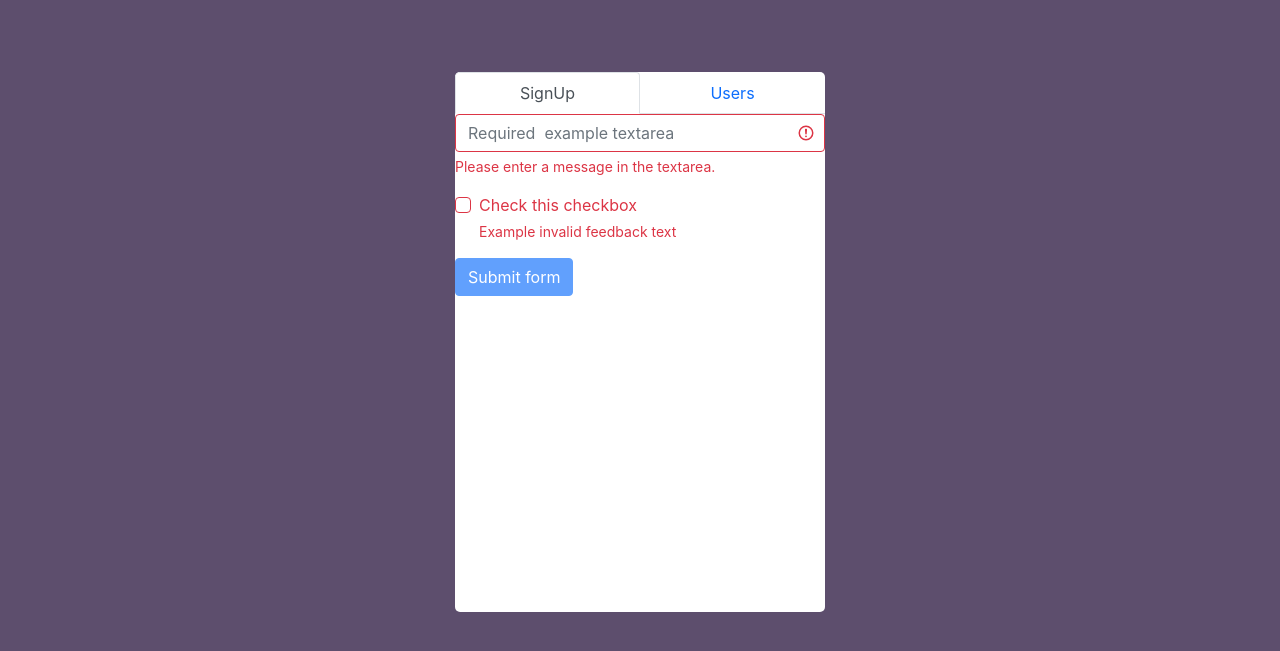
Repository: asadalibest1/SignUp-from
Page: /
An editor plug-in stored every save of this project. The page is shown before and after the next save, followed by the edit.
The browser window is 1280 px wide. The pictures show the whole page.
The project was rebuilt for these pictures with package versions that can differ from the ones it lists, and the page was loaded fresh each time. Also part of the build but not shown: src/components/SignUp/SignUp.css, src/components/Users/Users.css.

Above is the page before, as saved 2021-02-06 22:00:42.

### public/index.html
<!DOCTYPE html>
<html lang="en">
  <head>
    <meta charset="utf-8" />
    <link rel="icon" href="%PUBLIC_URL%/favicon.png" />
    <meta name="viewport" content="width=device-width, initial-scale=1" />
    <meta name="theme-color" content="#000000" />
    <meta
      name="description"
      content="Web site created using create-react-app"
    />
    <link rel="apple-touch-icon" href="%PUBLIC_URL%/logo192.png" />
    <!--
      manifest.json provides metadata used when your web app is installed on a
      user's mobile device or desktop. See https://developers.google.com/web/fundamentals/web-app-manifest/
    -->
    <link rel="manifest" href="%PUBLIC_URL%/manifest.json" />
    <!--
      Notice the use of %PUBLIC_URL% in the tags above.
      It will be replaced with the URL of the `public` folder during the build.
      Only files inside the `public` folder can be referenced from the HTML.

      Unlike "/favicon.ico" or "favicon.ico", "%PUBLIC_URL%/favicon.ico" will
      work correctly both with client-side routing and a non-root public URL.
      Learn how to configure a non-root public URL by running `npm run build`.
    -->
    <!-- Bootstrap -->
    <link href="https://cdn.jsdelivr.net/npm/bootstrap@5.0.0-beta1/dist/css/bootstrap.min.css" rel="stylesheet" integrity="sha384-giJF6kkoqNQ00vy+HMDP7azOuL0xtbfIcaT9wjKHr8RbDVddVHyTfAAsrekwKmP1" crossorigin="anonymous">
    <title>Sign Up</title>
  </head>
  <body>
    <noscript>You need to enable JavaScript to run this app.</noscript>
    <div id="root"></div>
    <!--
      This HTML file is a template.
      If you open it directly in the browser, you will see an empty page.

      You can add webfonts, meta tags, or analytics to this file.
      The build step will place the bundled scripts into the <body> tag.

      To begin the development, run `npm start` or `yarn start`.
      To create a production bundle, use `npm run build` or `yarn build`.
    -->
    <script src="https://cdn.jsdelivr.net/npm/bootstrap@5.0.0-beta1/dist/js/bootstrap.bundle.min.js" integrity="sha384-ygbV9kiqUc6oa4msXn9868pTtWMgiQaeYH7/t7LECLbyPA2x65Kgf80OJFdroafW" crossorigin="anonymous"></script>
  </body>
</html>

### src/index.css
body {
  margin: 0;
  font-family: -apple-system, BlinkMacSystemFont, 'Segoe UI', 'Roboto', 'Oxygen',
    'Ubuntu', 'Cantarell', 'Fira Sans', 'Droid Sans', 'Helvetica Neue',
    sans-serif;
  -webkit-font-smoothing: antialiased;
  -moz-osx-font-smoothing: grayscale;
  background-color: #5D4E6D;
}

code {
  font-family: source-code-pro, Menlo, Monaco, Consolas, 'Courier New',
    monospace;
}

### src/App.js
import React from 'react'
import App1 from "./components/App1/App1"

export default function App() {
  return (
    <div>
      <App1 />
    </div>
  )
}

### src/components/App1/App1.js
import React from 'react'
import Tabs from '../Tabs/Tabs'

export default function App1() {
    return (
        <div>
            <Tabs />
        </div>
    )
}

### src/features/counter/counterSlice.js
import { createSlice } from '@reduxjs/toolkit';

export const counterSlice = createSlice({
  name: 'counter',
  initialState: {
    value: 0,
  },
  reducers: {
    increment: state => {
      // Redux Toolkit allows us to write "mutating" logic in reducers. It
      // doesn't actually mutate the state because it uses the Immer library,
      // which detects changes to a "draft state" and produces a brand new
      // immutable state based off those changes
      state.value += 1;
    },
    decrement: state => {
      state.value -= 1;
    },
    incrementByAmount: (state, action) => {
      state.value += action.payload;
    },
  },
});

export const { increment, decrement, incrementByAmount } = counterSlice.actions;

// The function below is called a thunk and allows us to perform async logic. It
// can be dispatched like a regular action: `dispatch(incrementAsync(10))`. This
// will call the thunk with the `dispatch` function as the first argument. Async
// code can then be executed and other actions can be dispatched
export const incrementAsync = amount => dispatch => {
  setTimeout(() => {
    dispatch(incrementByAmount(amount));
  }, 1000);
};

// The function below is called a selector and allows us to select a value from
// the state. Selectors can also be defined inline where they're used instead of
// in the slice file. For example: `useSelector((state) => state.counter.value)`
export const selectCount = state => state.counter.value;

export default counterSlice.reducer;

### src/components/Tabs/Tabs.js
import React from 'react'
import SignUp from "../SignUp/SignUp"
import Users from "../Users/Users"
import "./Tabs.css"

export default function Tabs() {
    return (
        <div className="tabs-main">
            <div className="tabs">

                <ul className="nav nav-tabs" id="myTab" role="tablist">
                    <li className="nav-item text-center w-50" role="presentation">
                        <a className="nav-link active" id="signUp-tab" data-bs-toggle="tab" href="#signUp" role="tab" aria-controls="signUp" aria-selected="true">SignUp</a>
                    </li>
                    <li className="nav-item text-center w-50" role="presentation">
                        <a className="nav-link" id="users-tab" data-bs-toggle="tab" href="#users" role="tab" aria-controls="users" aria-selected="false">Users</a>
                    </li>
                </ul>
                <div className="tab-content" id="myTabContent">
                    <div className="tab-pane fade show active" id="signUp" role="tabpanel" aria-labelledby="signUp-tab">
                        <SignUp />
                    </div>
                    <div className="tab-pane fade" id="users" role="tabpanel" aria-labelledby="users-tab">

                        <Users />
                    </div>
                </div>


            </div>
        </div>
    )
}

### src/components/SignUp/SignUp.js
import React from 'react'
import "./SignUp.css"

export default function SignUp() {
    return (
        <div>

<form className="was-validated">

  <div className="mb-3">
    <input type="name" className="form-control" id="validationTextarea" placeholder="Required  example textarea" required />
    <div className="invalid-feedback">
      Please enter a message in the textarea.
    </div>
  </div>


  <div className="form-check mb-3">
    <input type="checkbox" className="form-check-input" id="validationFormCheck1" required />
    <label className="form-check-label" for="validationFormCheck1">Check this checkbox</label>
    <div className="invalid-feedback">Example invalid feedback text</div>
  </div>


  <div className="mb-3">
    <button className="btn btn-primary" type="submit" disabled>Submit form</button>
  </div>
</form>
        </div>
    )
}

### src/components/Users/Users.js
import React from 'react'
import "./Users.css"

export default function Users() {
    return (
        <div>
    Users
        </div>
    )
}

### src/components/Tabs/Tabs.css
.tabs{
    width: 370px;
    height: 75vh;
    background-color: white;
    margin: auto auto;
    margin-top: 10vh;
    border-radius: 5px;
    overflow: hidden;
}

Loaded but not shown: src/index.js (common file); src/app/store.js (common file); src/serviceWorker.js (common file)

After the next save:
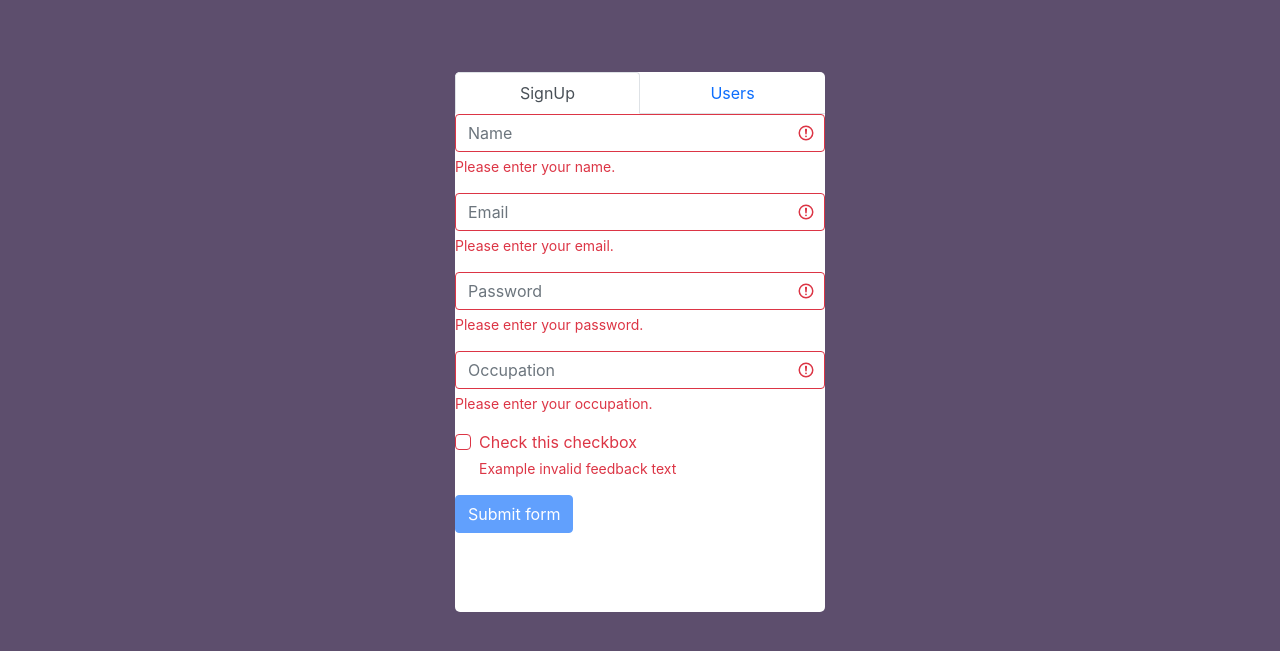
Saved 2 min 31 s later.
--- a/src/components/SignUp/SignUp.js
+++ b/src/components/SignUp/SignUp.js
@@ -8,9 +8,30 @@ export default function SignUp() {
 <form className="was-validated">
 
   <div className="mb-3">
-    <input type="name" className="form-control" id="validationTextarea" placeholder="Required  example textarea" required />
+    <input type="name" className="form-control" id="validationTextarea" placeholder="Name" required />
     <div className="invalid-feedback">
-      Please enter a message in the textarea.
+      Please enter your name.
+    </div>
+  </div>
+
+  <div className="mb-3">
+    <input type="email" className="form-control" id="validationTextarea" placeholder="Email" required />
+    <div className="invalid-feedback">
+      Please enter your email.
+    </div>
+  </div>
+
+  <div className="mb-3">
+    <input type="password" className="form-control" id="validationTextarea" placeholder="Password" required />
+    <div className="invalid-feedback">
+      Please enter your password.
+    </div>
+  </div>
+
+  <div className="mb-3">
+    <input type="occupation" className="form-control" id="validationTextarea" placeholder="Occupation" required />
+    <div className="invalid-feedback">
+      Please enter your occupation.
     </div>
   </div>
 
